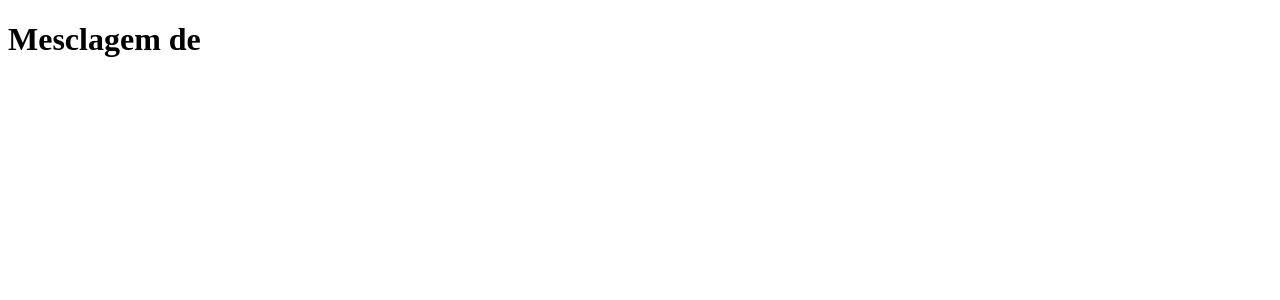
Repository: ClaytonEduard/cursoemvideo
Page: html-css/ex023/tabela003.html
The author's editor kept a copy of each file at every save. The page is drawn from the files as they stood at one save, then again after a run of saves.
The browser window is 1280 px wide. The pictures show the whole page.

Above is the page before, as saved 2022-12-08 16:43:15.

After the next 2 saves:
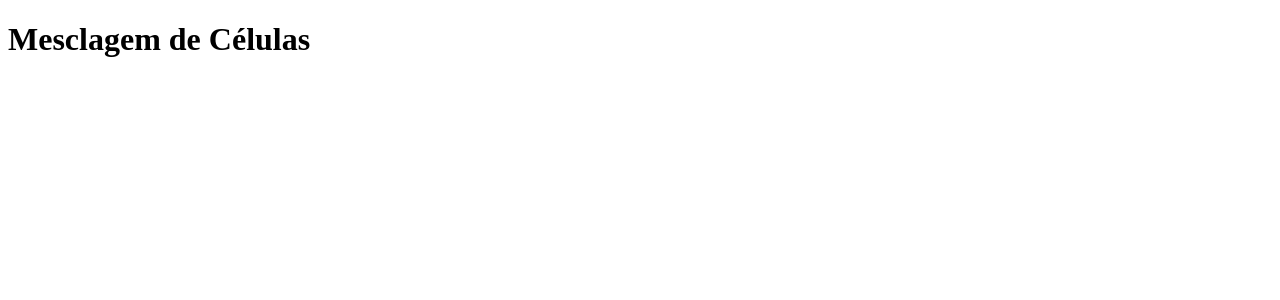
The 2 saves are shown as one change because they came seconds apart.
The last was saved 5 s later.
--- a/html-css/ex023/tabela003.html
+++ b/html-css/ex023/tabela003.html
@@ -7,6 +7,7 @@
     <title>Tabelas</title>
 </head>
 <body>
-        <h1>Mesclagem de </h1>
+        <h1>Mesclagem de Células</h1>
+
 </body>
 </html>
